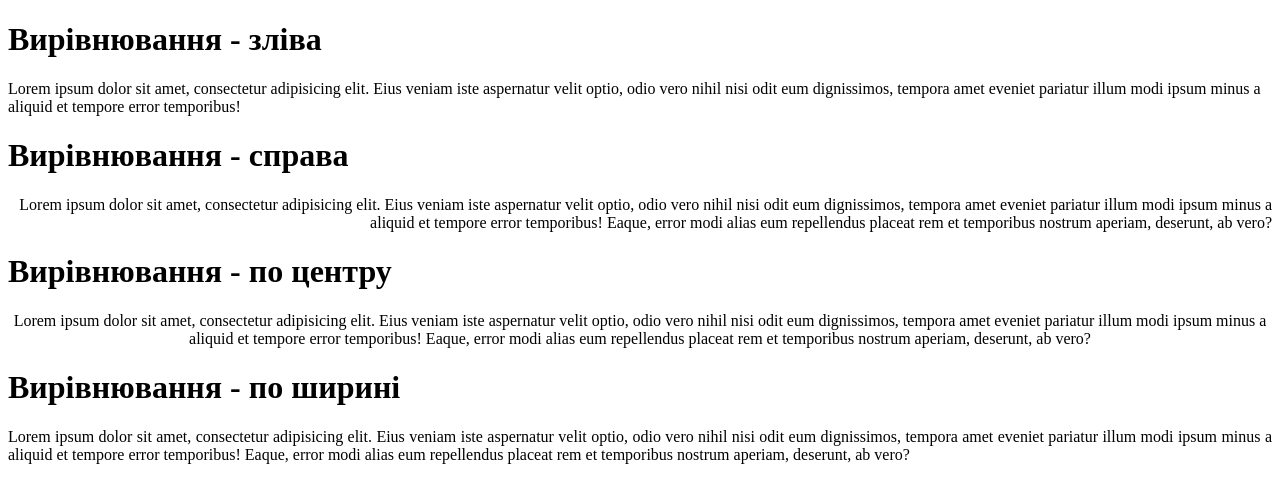
Repository: YurroUzhgorod/Home-works--vue.js3-and-node-express
Page: 7-lesson28-practice/my-practice/library_back/public/index.html
An editor plug-in stored every save of this project. The page is shown before and after the next save, followed by the edit.
The browser window is 1280 px wide. The pictures show the whole page.

Above is the page before, as saved 2022-06-19 23:40:37.

### 7-lesson28-practice/my-practice/library_back/public/index.html
<!DOCTYPE html>
<html lang="en">
  <head>
    <meta charset="UTF-8" />
    <meta http-equiv="X-UA-Compatible" content="IE=edge" />
    <meta name="viewport" content="width=device-width, initial-scale=1.0" />
    <title>Document</title>
  </head>
  <body>
    <h1>Вирівнювання - зліва</h1>
    <p align="left">
      Lorem ipsum dolor sit amet, consectetur adipisicing elit. Eius veniam iste
      aspernatur velit optio, odio vero nihil nisi odit eum dignissimos, tempora
      amet eveniet pariatur illum modi ipsum minus a aliquid et tempore error
      temporibus!
    </p>
    <h1>Вирівнювання - справа</h1>
    <p align="right">
      Lorem ipsum dolor sit amet, consectetur adipisicing elit. Eius veniam iste
      aspernatur velit optio, odio vero nihil nisi odit eum dignissimos, tempora
      amet eveniet pariatur illum modi ipsum minus a aliquid et tempore error
      temporibus! Eaque, error modi alias eum repellendus placeat rem et
      temporibus nostrum aperiam, deserunt, ab vero?
    </p>
    <h1>Вирівнювання - по центру</h1>
    <p align="center">
      Lorem ipsum dolor sit amet, consectetur adipisicing elit. Eius veniam iste
      aspernatur velit optio, odio vero nihil nisi odit eum dignissimos, tempora
      amet eveniet pariatur illum modi ipsum minus a aliquid et tempore error
      temporibus! Eaque, error modi alias eum repellendus placeat rem et
      temporibus nostrum aperiam, deserunt, ab vero?
    </p>
    <h1>Вирівнювання - по ширині</h1>
    <p align="justify">
      Lorem ipsum dolor sit amet, consectetur adipisicing elit. Eius veniam iste
      aspernatur velit optio, odio vero nihil nisi odit eum dignissimos, tempora
      amet eveniet pariatur illum modi ipsum minus a aliquid et tempore error
      temporibus! Eaque, error modi alias eum repellendus placeat rem et
      temporibus nostrum aperiam, deserunt, ab vero?
    </p>
  </body>
</html>

After the next save:
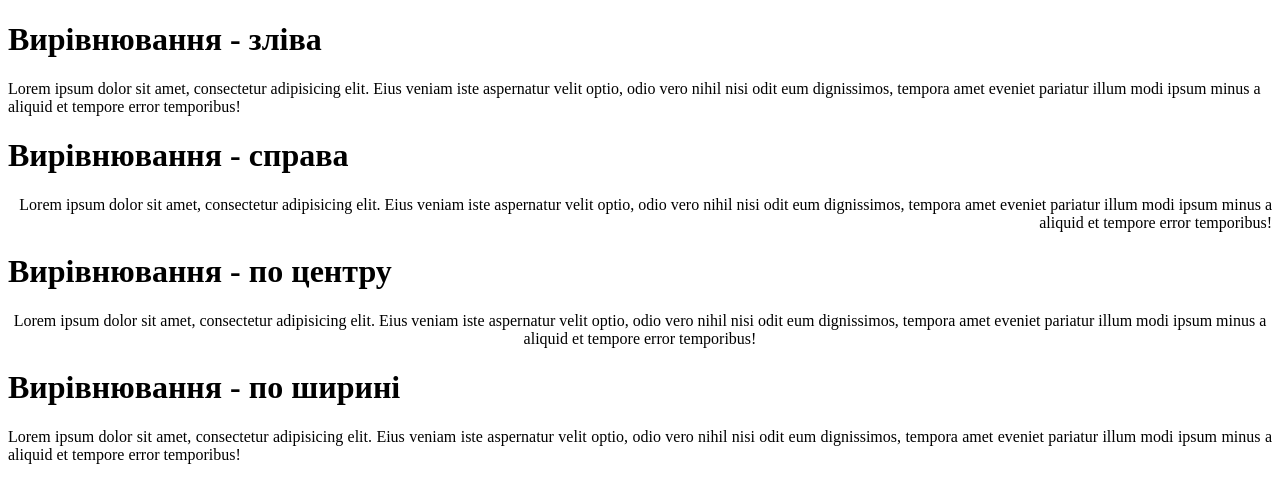
Saved 51 s later.
--- a/7-lesson28-practice/my-practice/library_back/public/index.html
+++ b/7-lesson28-practice/my-practice/library_back/public/index.html
@@ -19,24 +19,21 @@
       Lorem ipsum dolor sit amet, consectetur adipisicing elit. Eius veniam iste
       aspernatur velit optio, odio vero nihil nisi odit eum dignissimos, tempora
       amet eveniet pariatur illum modi ipsum minus a aliquid et tempore error
-      temporibus! Eaque, error modi alias eum repellendus placeat rem et
-      temporibus nostrum aperiam, deserunt, ab vero?
+      temporibus!
     </p>
     <h1>Вирівнювання - по центру</h1>
     <p align="center">
       Lorem ipsum dolor sit amet, consectetur adipisicing elit. Eius veniam iste
       aspernatur velit optio, odio vero nihil nisi odit eum dignissimos, tempora
       amet eveniet pariatur illum modi ipsum minus a aliquid et tempore error
-      temporibus! Eaque, error modi alias eum repellendus placeat rem et
-      temporibus nostrum aperiam, deserunt, ab vero?
+      temporibus!
     </p>
     <h1>Вирівнювання - по ширині</h1>
     <p align="justify">
       Lorem ipsum dolor sit amet, consectetur adipisicing elit. Eius veniam iste
       aspernatur velit optio, odio vero nihil nisi odit eum dignissimos, tempora
       amet eveniet pariatur illum modi ipsum minus a aliquid et tempore error
-      temporibus! Eaque, error modi alias eum repellendus placeat rem et
-      temporibus nostrum aperiam, deserunt, ab vero?
+      temporibus!
     </p>
   </body>
 </html>
